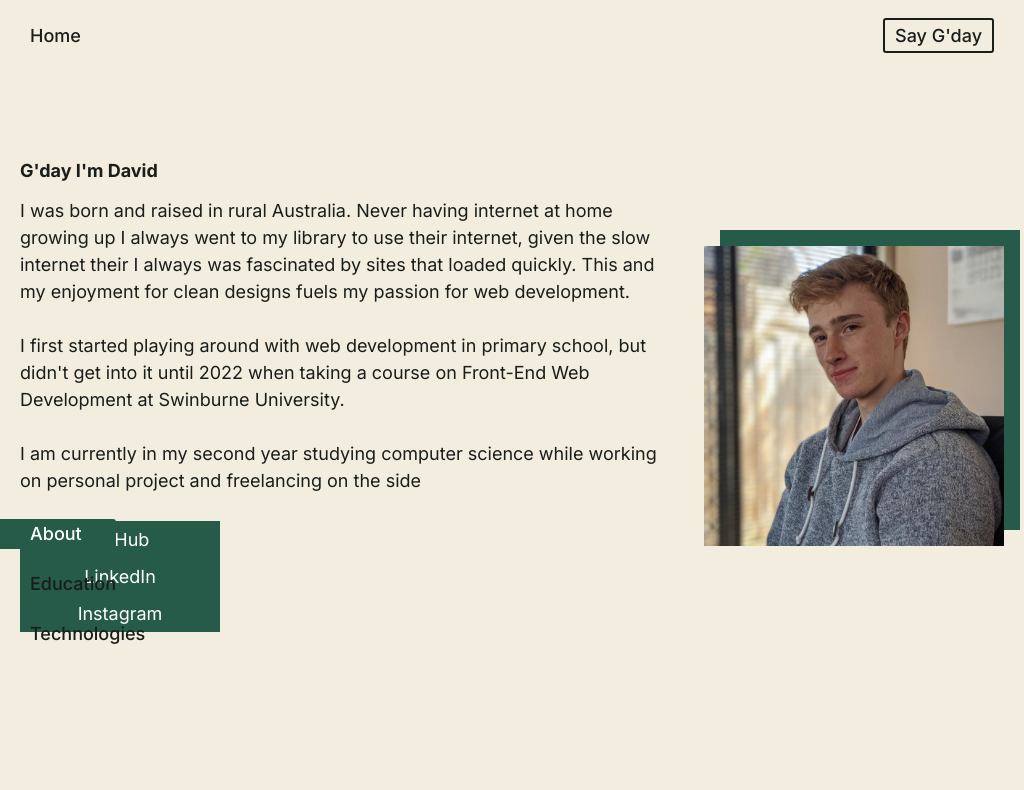
Repository: David-Waite/David-Waite-Portfolio
Page: /about
An editor plug-in stored every save of this project. The page is shown before and after the next save, followed by the edit.
The browser window is 1024 px wide. The pictures show the whole page.
The project was rebuilt for these pictures with package versions that can differ from the ones it lists, and the page was loaded fresh each time. The framework's server and built-in components were replaced by stand-ins that run in the browser. Also part of the build but not shown: next.config.js.

Above is the page before, as saved 2023-07-27 12:01:48.

After the next save:
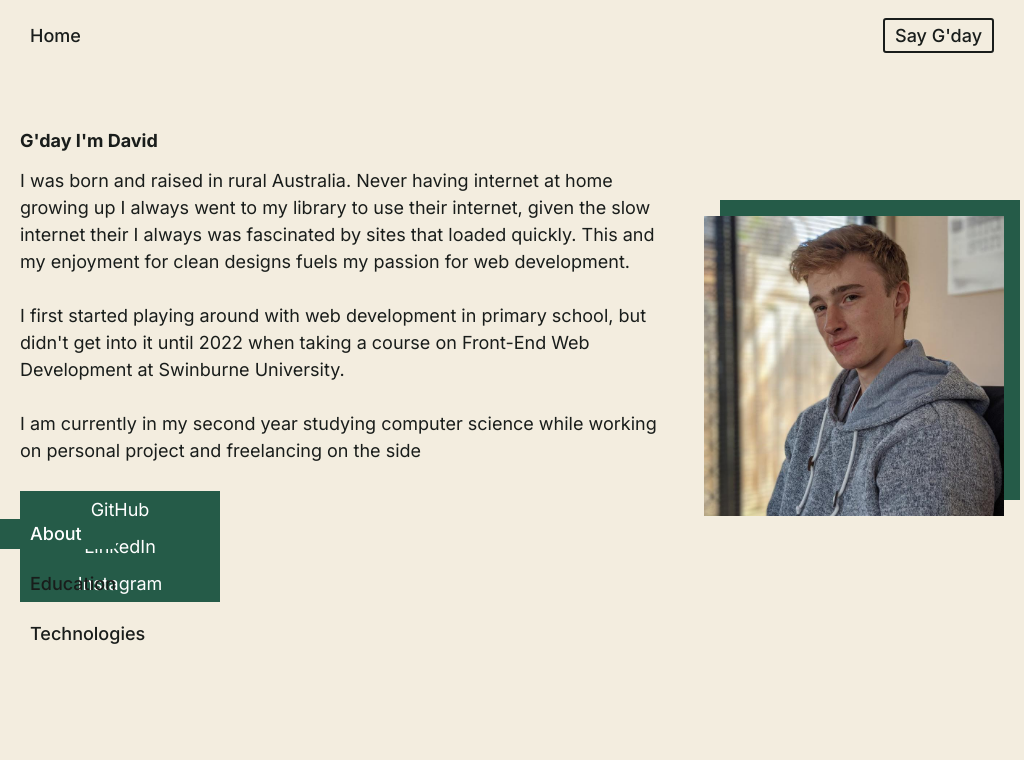
Saved 5 s later.
--- a/app/about/page.module.css
+++ b/app/about/page.module.css
@@ -129,7 +129,7 @@
 @media (max-width: 1200px) {
   .container {
     padding: 20px;
-    margin-top: 70px;
+    margin-top: 40px;
     display: block;
   }
 
